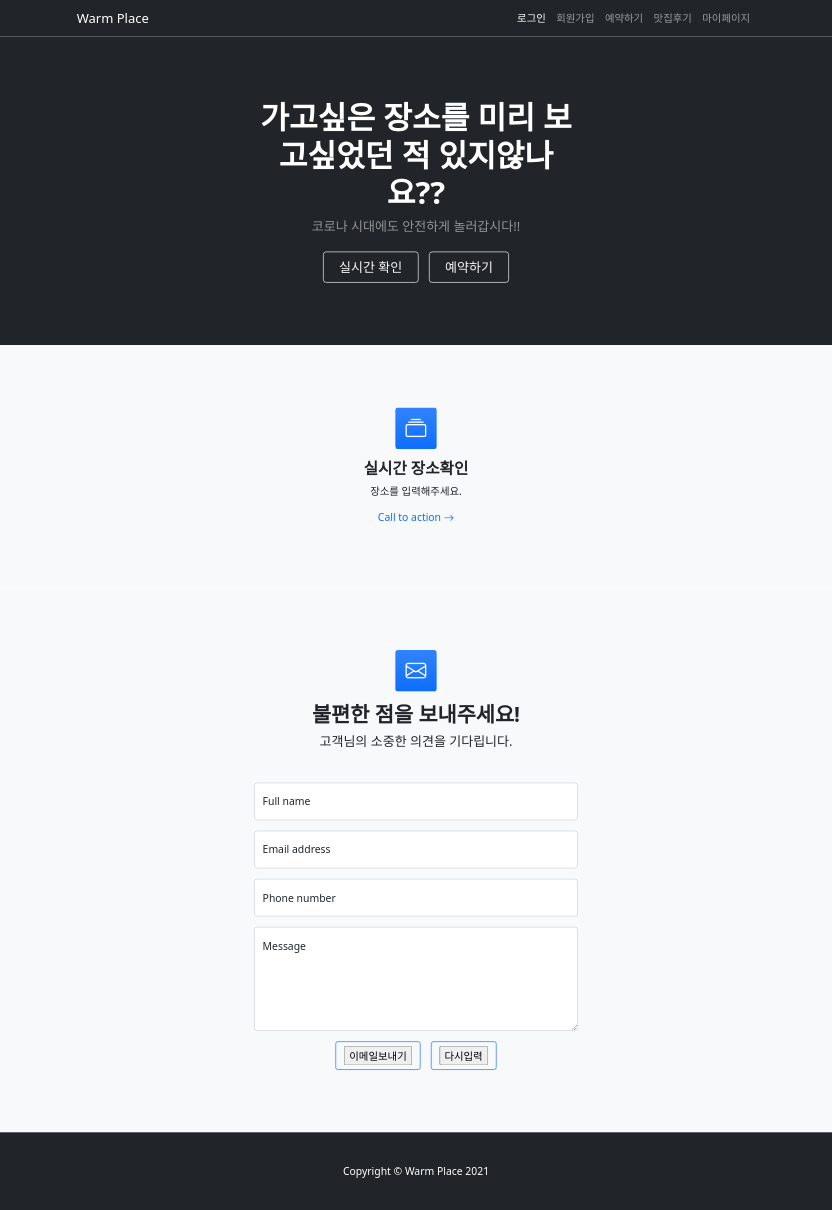
Repository: jaunnnngs/HackaTone
Page: http://localhost/StunProjects/St_Join/main.jsp
These files come from the project's save history. The page is drawn as it stood at one moment and after the next save; the edit follows.
The browser window is 1280 px wide. The pictures show the whole page, at 65% of full size.
Some web libraries are served in a nearby version. The page is served by Tomcat 9.

Above is the page before, as saved 2021-08-12 02:14:50.

After the next save:
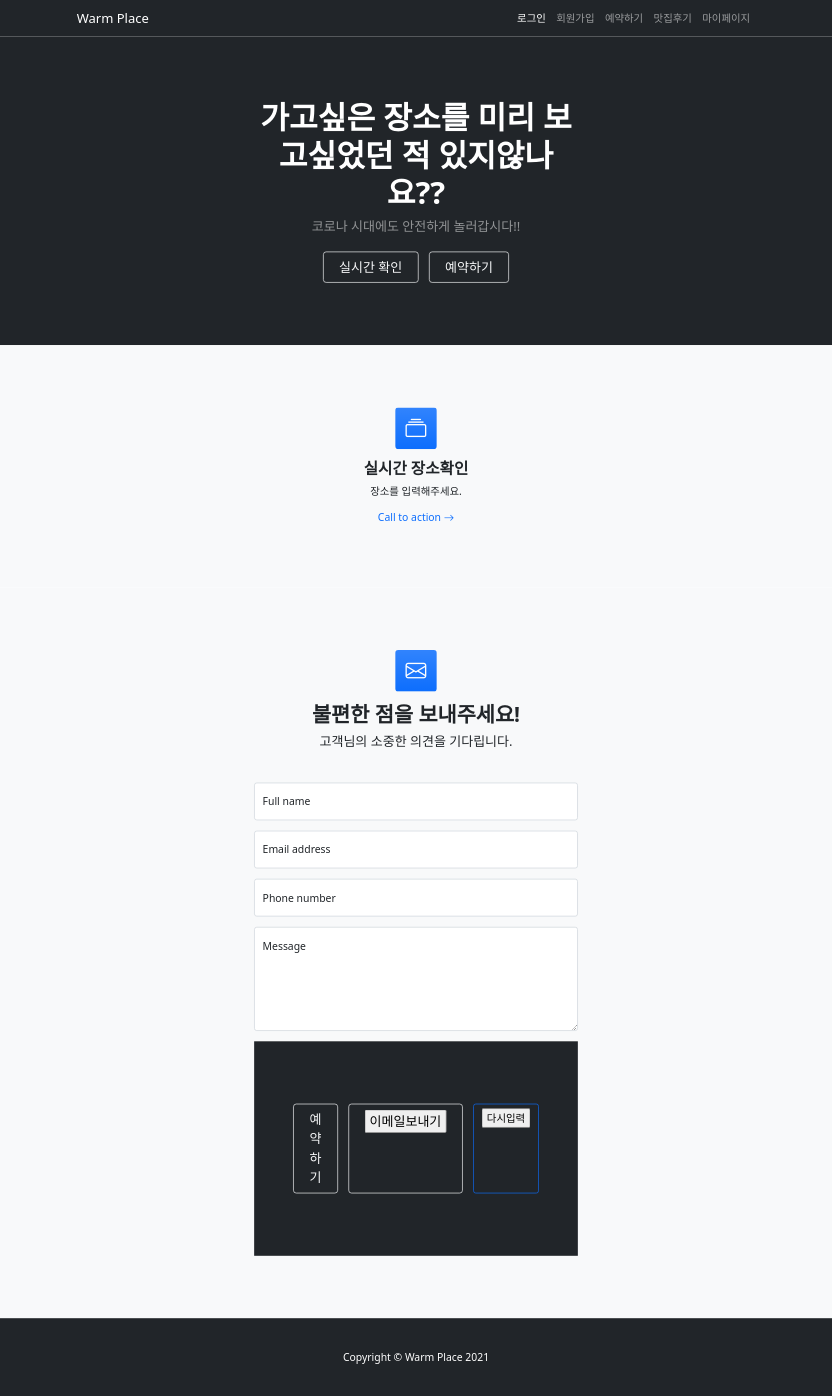
Saved 2 min 15 s later.
--- a/STUN_TEAM/StunProjects/src/main/webapp/St_Join/main.jsp
+++ b/STUN_TEAM/StunProjects/src/main/webapp/St_Join/main.jsp
@@ -156,9 +156,25 @@
                             <!-- an error submitting the form-->
                             <div class="d-none" id="submitErrorMessage"><div class="text-center text-danger mb-3">Error sending message!</div></div>
                             <!--마지막 버튼!  -->
+                             <div class="bg-dark py-5">
+            <div class="container px-5">
+                <div class="row gx-5 justify-content-center">
+                    <div class="col-lg-6">
+                        <div class="text-center my-5">
+
                             <div class="d-grid gap-3 d-sm-flex justify-content-sm-center">
-							<a class="btn btn-outline-primary"><input type="submit" value="이메일보내기"></a>
+
+                                <a class="btn btn-outline-light btn-lg px-4" href="../St_Reservation/map.jsp">예약하기</a>
+
+
+                            <div class="d-grid gap-3 d-sm-flex justify-content-sm-center">
+							<a class="btn btn-outline-light btn-lg px-4"><input type="submit" value="이메일보내기"></a>
 							<a class="btn btn-outline-primary"><input type="reset" value="다시입력"></a></div>
+							 </div>
+                        </div>
+                    </div>
+                </div>
+            </div></div>
 				</form>
                 </div>
                 </div>
